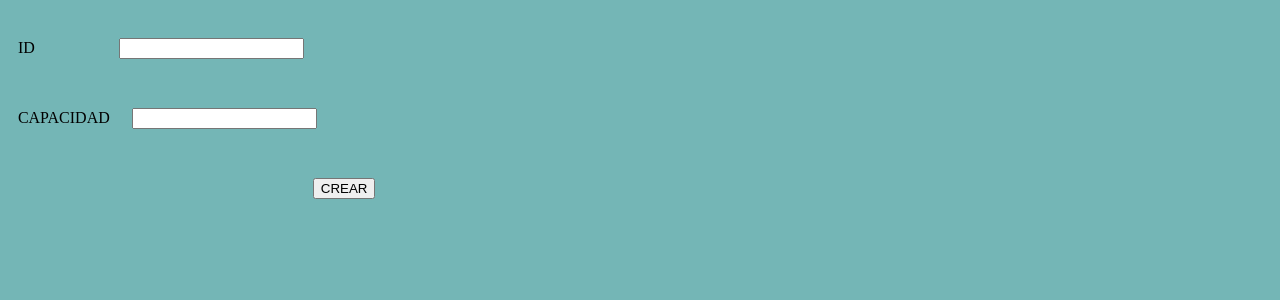
Repository: Robin-Rivadeneira/prueva_pablo
Page: index.html
These files come from the project's save history. The page is drawn as it stood at one moment and after the next save; the edit follows.
The browser window is 1280 px wide. The pictures show the whole page.

Above is the page before, as saved 2020-01-16 20:32:04.

After the next save:
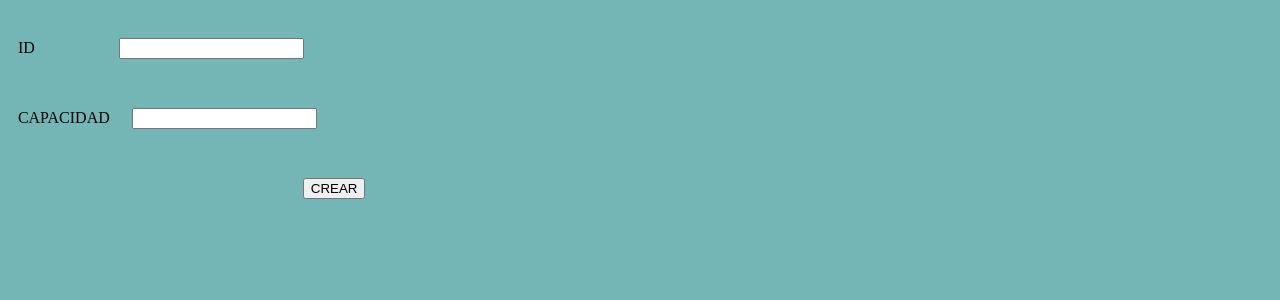
Saved 5 s later.
--- a/css/bomberos.css
+++ b/css/bomberos.css
@@ -25,5 +25,5 @@ body{
 .button{
     position: relative;
     top: 170px;
-    right: 190px;
+    right: 200px;
 }
